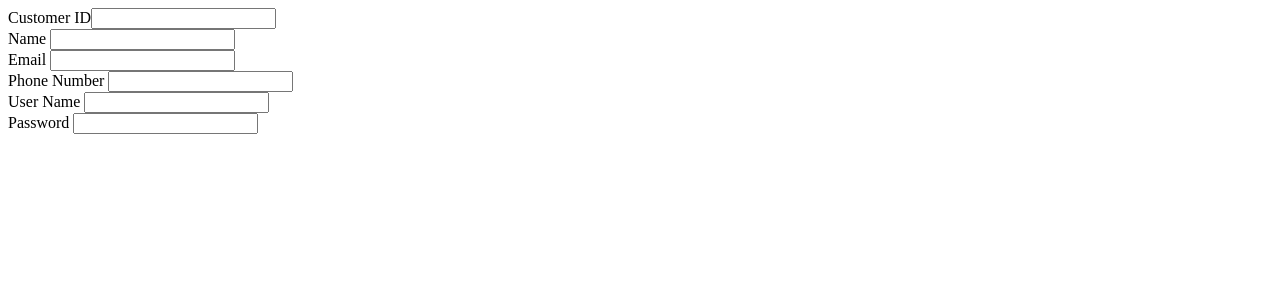
Repository: samidisjg/Login-Demo-Java-Servlet
Page: http://localhost/CustomerDemo/updatecustomer.jsp
These files come from the project's save history. The page is drawn as it stood at one moment and after the next save; the edit follows.
The browser window is 1280 px wide. The pictures show the whole page.
The page is served by Tomcat 9.

Above is the page before, as saved 2023-07-14 06:14:52.

After the next save:
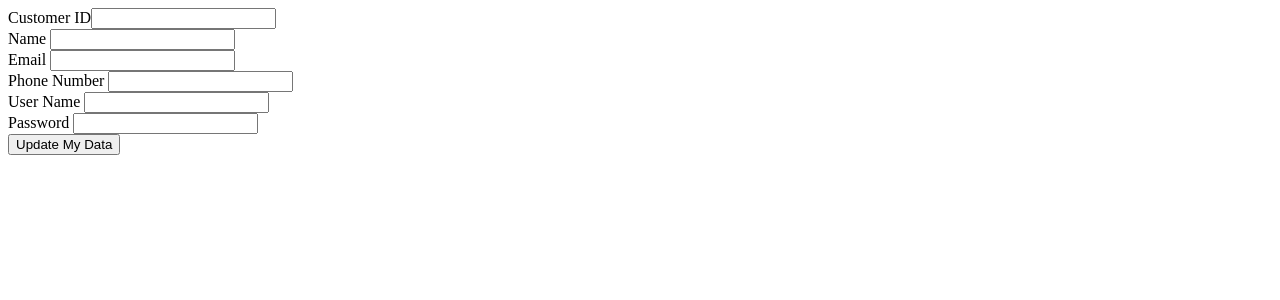
Saved 39 s later.
--- a/java servlet/CustomerDemo/src/main/webapp/updatecustomer.jsp
+++ b/java servlet/CustomerDemo/src/main/webapp/updatecustomer.jsp
@@ -16,7 +16,7 @@
 		User Name <input type = "text" name ="uname" value = ""><br>
 		Password <input type = "password" name ="pass" value = ""><br>
 
-
+	    <input type = "submit" name ="submit" value = "Update My Data"><br>
 
 	</form>
 
